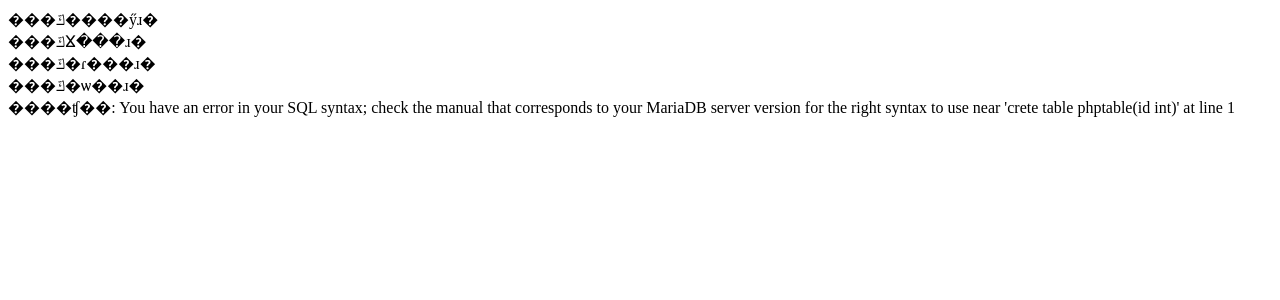
Repository: ZxxWs/P_M_learn
Page: http://localhost/
These files come from the project's save history. The page is drawn as it stood at one moment and after the next save; the edit follows.
The browser window is 1280 px wide. The pictures show the whole page.
The page is run by PHP 8.4 with error messages shown; the project is at /var/www/html/.

Above is the page before, as saved 2019-03-11 09:36:51.

### Mysql_learn/index.php
<?php

//MySQL在PHP中的方法：mysqli_function(value,value1....)

//************************************************************
//连接MySQL：
$host='localhost:3306';                    //可选，主机名|IP
$username='root';          //可选，MySQL用户名
$password;          //可选，MySQL密码
$dbname;            //可选，默认数据库
$port;                  //端口号
$socket;            //规定socket
$conn=mysqli_connect($host,$username);
//mysqli_close($link);//关闭与于数据库的连接
if($conn)
    echo "数据库连接成功";
echo "<br />";

//************************************************************
//创建数据库
$create="create database phpcreat";
$createdatabase=mysqli_query($conn, $create);
if($createdatabase)
    echo "数据库创建成功";
echo "<br />";

//删除数据库
$drop="drop database phpcreat";
$drop=mysqli_query($conn, $drop);
if($drop)
    echo "数据库删除成功";
echo "<br />";


//************************************************************
//选择数据库
$dbname="test";
$select=mysqli_select_db($conn, $dbname);
if($select)
    echo "数据库选择成功";
echo "<br />";


//************************************************************
//创建表
$table="crete table phptable(id int)";
$createtable=mysqli_query($conn, $table);
if($createtable)
    echo "创建表：“id”成功";
else{
    die('连接失败: ' . mysqli_error($conn));
}
echo "<br />";

//删除表
$droptable="drop table phptable";
$droptablea=mysqli_query($conn, $droptable);
if($droptablea)
    echo "删除表“id”成功";
echo "<br/>";

After the next save:
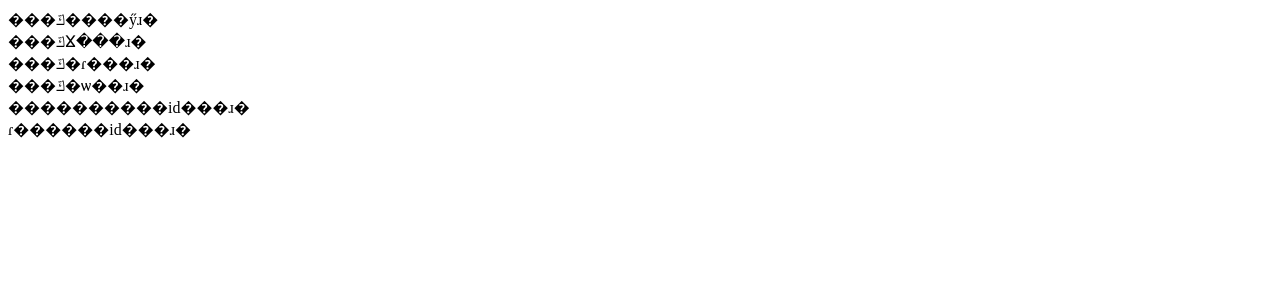
Saved 73 s later.
--- a/Mysql_learn/index.php
+++ b/Mysql_learn/index.php
@@ -43,7 +43,7 @@ echo "<br />";
 
 //************************************************************
 //创建表
-$table="crete table phptable(id int)";
+$table="create table phptable(id int)";
 $createtable=mysqli_query($conn, $table);
 if($createtable)
     echo "创建表：“id”成功";
